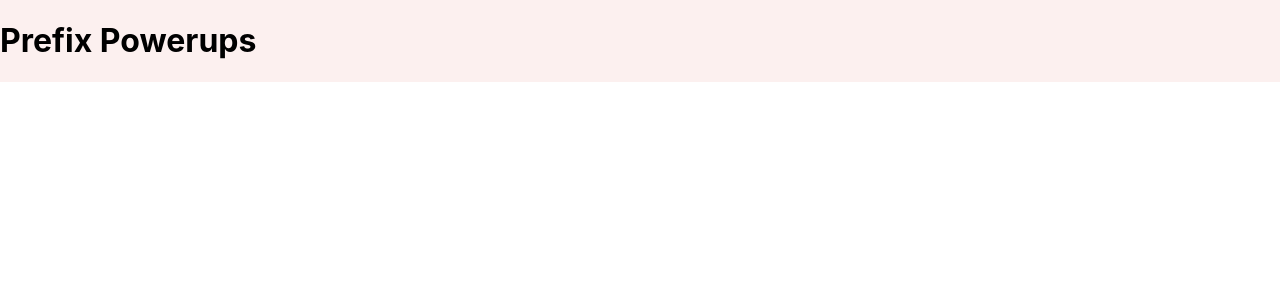
Repository: bsalgado98/buns-inator
Page: /
The author's editor kept a copy of each file at every save. The page is drawn from the files as they stood at one save, then again after a run of saves.
The browser window is 1280 px wide. The pictures show the whole page.
The project was rebuilt for these pictures with package versions that can differ from the ones it lists, and the page was loaded fresh each time. Also part of the build but not shown: src/components/WordCard/WordCard.js.

Above is the page before, as saved 2022-04-25 21:47:14.

### src/index.css
body {
    margin: 0;
    padding: 0;
    font-family: -apple-system, BlinkMacSystemFont, 'Segoe UI', 'Roboto', 'Oxygen',
        'Ubuntu', 'Cantarell', 'Fira Sans', 'Droid Sans', 'Helvetica Neue',
        sans-serif;
    -webkit-font-smoothing: antialiased;
    -moz-osx-font-smoothing: grayscale;
}

code {
    font-family: source-code-pro, Menlo, Monaco, Consolas, 'Courier New', monospace;
}

### src/App.js
import './App.css';
import WordCard from './components/WordCard/WordCard'
import WordBank from './components/WordBank/WordBank'

function App() {

    return (
        <div className="App">
            <WordBank bankTitle='Prefix Powerups' color="#d12711" />
        </div>
    );
}

export default App;

### src/components/WordBank/WordBank.js
const WordBank = ({ bankTitle = "N/A", color = "#000000", wordCollection = [] }) => {
    const styles = {
        containerStyle: {
            backgroundColor: `${color}11`
        },
        title: {
            style: {

            },
            container: {
                style: {
                    display: 'flex'
                }
            }
        },
        collectionArea: {
            style: {

            }
        }
    }
    return (
        <div style={styles.containerStyle}>
            <div style={styles.title.container.style}>
                <h1>{bankTitle}</h1>
            </div>
            <div>

            </div>
        </div>
    )
}

export default WordBank

Loaded but not shown: public/index.html (common file); src/index.js (common file); src/reportWebVitals.js (common file); src/App.css (common file)

After the next 10 saves:
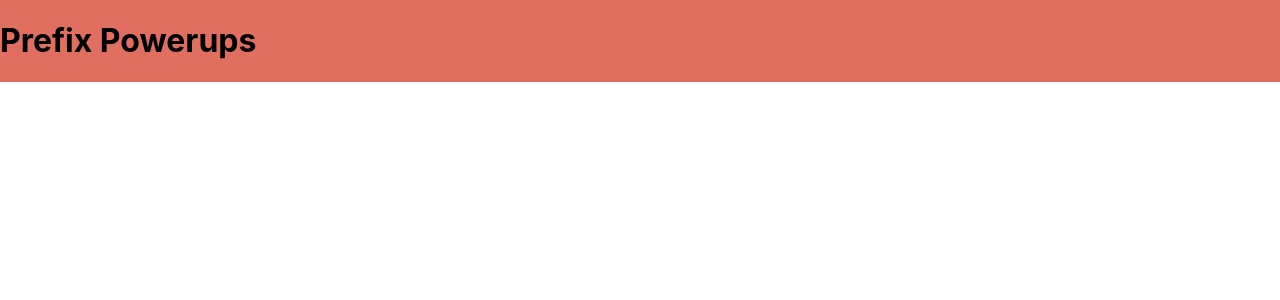
The 10 saves are shown as one change because they came seconds apart.
The last was saved 27 s later.
--- a/src/components/WordBank/WordBank.js
+++ b/src/components/WordBank/WordBank.js
@@ -1,7 +1,7 @@
 const WordBank = ({ bankTitle = "N/A", color = "#000000", wordCollection = [] }) => {
     const styles = {
         containerStyle: {
-            backgroundColor: `${color}11`
+            backgroundColor: `${color}AA`
         },
         title: {
             style: {
